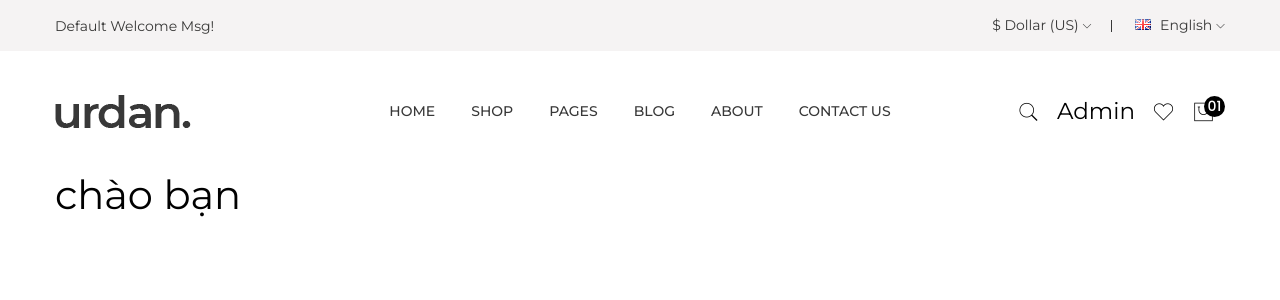
Repository: kasaiKikuya/urdan-shop
Page: /admin
The author's editor kept a copy of each file at every save. The page is drawn from the files as they stood at one save, then again after the next save.
The browser window is 1280 px wide. The pictures show the whole page.
The project was rebuilt for these pictures with package versions that can differ from the ones it lists, and the page was loaded fresh each time. Also part of the build but not shown: src/assets/css/plugins/aos.css, src/assets/css/plugins/magnific-popup.css, src/assets/css/plugins/select2.min.css, src/assets/css/plugins/easyzoom.css, src/assets/css/plugins/slinky.css.

Above is the page before, as saved 2022-01-21 21:02:54.

### src/main.js
import Vue from "vue";
import App from "./App.vue";
import router from "./router";
import store from "./store";
import { BootstrapVue } from "bootstrap-vue";
import VueAwesomeSwiper from "vue-awesome-swiper";

// bootstrap
import "bootstrap/dist/css/bootstrap.css";
import "bootstrap-vue/dist/bootstrap-vue.css";

// swipper
// import "swiper/css/swiper.css";

// css page
// import "@/assets/css/vendor/bootstrap.min.css";
import "@/assets/css/vendor/pe-icon-7-stroke.css";
import "@/assets/css/vendor/themify-icons.css";
import "@/assets/css/vendor/font-awesome.min.css";
import "@/assets/css/plugins/animate.css";
import "@/assets/css/plugins/aos.css";
import "@/assets/css/plugins/magnific-popup.css";
import "@/assets/css/plugins/swiper.min.css";
// import "@/assets/css/plugins/jquery-ui.css";
import "@/assets/css/plugins/nice-select.css";
import "@/assets/css/plugins/select2.min.css";
import "@/assets/css/plugins/easyzoom.css";
import "@/assets/css/plugins/slinky.css";
import "@/assets/css/style.css";

Vue.config.productionTip = false;
Vue.use(BootstrapVue);
Vue.use(VueAwesomeSwiper);

new Vue({
  router,
  store,
  render: (h) => h(App),
}).$mount("#app");

### src/router/index.js
import Vue from "vue";
import VueRouter from "vue-router";

const DEFAULT_TITLE = "Some Default Title";

Vue.use(VueRouter);

const routes = [
  {
    path: "/",
    name: "home_page",
    component: () => import("@/pages/Home.vue"),
    meta: { title: "Home" },
  },{
    path: "/admin",
    name: "admin_page",
    component: () => import("@/pages/Admin.vue"),
    meta: { title: "Admin" },
  },
];

const router = new VueRouter({
  mode: "history",
  base: process.env.BASE_URL,
  routes,
});

router.afterEach((to) => {
  // from
  document.title = to.meta.title || DEFAULT_TITLE;
});

export default router;

### src/components/common/Header.vue
<template>
  <header class="header-area header-responsive-padding header-height-1">
    <div class="header-top d-none d-lg-block bg-gray">
      <div class="container">
        <div class="row align-items-center">
          <div class="col-lg-6 col-6">
            <div class="welcome-text">
              <p>Default Welcome Msg!</p>
            </div>
          </div>
          <div class="col-lg-6 col-6">
            <div class="language-currency-wrap">
              <div class="currency-wrap border-style">
                <a class="currency-active" href="#"
                  >$ Dollar (US) <i class="ti-angle-down"></i
                ></a>
                <div class="currency-dropdown">
                  <ul>
                    <li><a href="#">Taka (BDT) </a></li>
                    <li><a href="#">Riyal (SAR) </a></li>
                    <li><a href="#">Rupee (INR) </a></li>
                  </ul>
                </div>
              </div>
              <div class="language-wrap">
                <a class="language-active" href="#"
                  ><img src="@/assets/images/icon-img/flag.png" alt="" /> English
                  <i class="ti-angle-down"></i
                ></a>
                <div class="language-dropdown">
                  <ul>
                    <li>
                      <a href="#"
                        ><img
                          src="@/assets/images/icon-img/flag.png"
                          alt=""
                        />English
                      </a>
                    </li>
                    <li>
                      <a href="#"
                        ><img
                          src="@/assets/images/icon-img/spanish.png"
                          alt=""
                        />Spanish</a
                      >
                    </li>
                    <li>
                      <a href="#"
                        ><img
                          src="@/assets/images/icon-img/arabic.png"
                          alt=""
                        />Arabic
                      </a>
                    </li>
                  </ul>
                </div>
              </div>
            </div>
          </div>
        </div>
      </div>
    </div>
    <div class="header-bottom sticky-bar">
      <div class="container">
        <div class="row align-items-center">
          <div class="col-lg-3 col-md-6 col-6">
            <div class="logo">
              <a href="index.html"
                ><img src="@/assets/images/logo/logo.png" alt="logo"
              /></a>
            </div>
          </div>
          <div class="col-lg-6 d-none d-lg-block">
            <div class="main-menu text-center">
              <nav>
                <ul>
                  <li>
                    <a href="index.html">HOME</a>
                    <ul class="sub-menu-style">
                      <li><a href="index.html">Home version 1 </a></li>
                      <li><a href="index-2.html">Home version 2</a></li>
                      <li><a href="index-3.html">Home version 3</a></li>
                      <li><a href="index-4.html">Home version 4</a></li>
                      <li><a href="index-5.html">Home version 5</a></li>
                      <li><a href="index-6.html">Home version 6</a></li>
                      <li><a href="index-7.html">Home version 7</a></li>
                      <li><a href="index-8.html">Home version 8</a></li>
                    </ul>
                  </li>
                  <li>
                    <a href="shop.html">SHOP</a>
                    <ul class="mega-menu-style mega-menu-mrg-1">
                      <li>
                        <ul>
                          <li>
                            <a class="dropdown-title" href="#">Shop Layout</a>
                            <ul>
                              <li><a href="shop.html">standard style</a></li>
                              <li>
                                <a href="shop-sidebar.html"
                                  >shop grid sidebar</a
                                >
                              </li>
                              <li>
                                <a href="shop-list.html">shop list style</a>
                              </li>
                              <li>
                                <a href="shop-list-sidebar.html"
                                  >shop list sidebar</a
                                >
                              </li>
                              <li>
                                <a href="shop-right-sidebar.html"
                                  >shop right sidebar</a
                                >
                              </li>
                              <li>
                                <a href="shop-location.html">store location</a>
                              </li>
                            </ul>
                          </li>
                          <li>
                            <a class="dropdown-title" href="#"
                              >Products Layout</a
                            >
                            <ul>
                              <li>
                                <a href="product-details.html">tab style 1</a>
                              </li>
                              <li>
                                <a href="product-details-2.html">tab style 2</a>
                              </li>
                              <li>
                                <a href="product-details-gallery.html"
                                  >gallery style
                                </a>
                              </li>
                              <li>
                                <a href="product-details-affiliate.html"
                                  >affiliate style</a
                                >
                              </li>
                              <li>
                                <a href="product-details-group.html"
                                  >group style</a
                                >
                              </li>
                              <li>
                                <a href="product-details-fixed-img.html"
                                  >fixed image style
                                </a>
                              </li>
                            </ul>
                          </li>
                          <li>
                            <a href="shop.html"
                              ><img src="@/assets/images/banner/menu.png" alt=""
                            /></a>
                          </li>
                        </ul>
                      </li>
                    </ul>
                  </li>
                  <li>
                    <a href="#">PAGES</a>
                    <ul class="sub-menu-style">
                      <li><a href="about-us.html">about us </a></li>
                      <li><a href="cart.html">cart page</a></li>
                      <li><a href="checkout.html">checkout </a></li>
                      <li><a href="my-account.html">my account</a></li>
                      <li><a href="wishlist.html">wishlist </a></li>
                      <li><a href="compare.html">compare </a></li>
                      <li><a href="contact-us.html">contact us </a></li>
                      <li>
                        <a href="login-register.html">login / register </a>
                      </li>
                    </ul>
                  </li>
                  <li>
                    <a href="blog.html">BLOG</a>
                    <ul class="sub-menu-style">
                      <li><a href="blog.html">blog standard </a></li>
                      <li><a href="blog-sidebar.html">blog sidebar</a></li>
                      <li><a href="blog-details.html">blog details</a></li>
                    </ul>
                  </li>
                  <li><a href="about-us.html">ABOUT</a></li>
                  <li><a href="contact-us.html">CONTACT US</a></li>
                </ul>
              </nav>
            </div>
          </div>
          <div class="col-lg-3 col-md-6 col-6">
            <div class="header-action-wrap">
              <div class="header-action-style header-search-1">
                <a class="search-toggle" href="#">
                  <i class="pe-7s-search s-open"></i>
                  <i class="pe-7s-close s-close"></i>
                </a>
                <div class="search-wrap-1">
                  <form action="#">
                    <input placeholder="Search products…" type="text" />
                    <button class="button-search">
                      <i class="pe-7s-search"></i>
                    </button>
                  </form>
                </div>
              </div>
              <div class="header-action-style">
                <router-link to="/admin">Admin</router-link>
              </div>
              <div class="header-action-style">
                <a title="Wishlist" href="wishlist.html"
                  ><i class="pe-7s-like"></i
                ></a>
              </div>
              <div class="header-action-style header-action-cart">
                <a class="cart-active" href="#"
                  ><i class="pe-7s-shopbag"></i>
                  <span class="product-count bg-black">01</span>
                </a>
              </div>
              <div class="header-action-style d-block d-lg-none">
                <a class="mobile-menu-active-button" href="#"
                  ><i class="pe-7s-menu"></i
                ></a>
              </div>
            </div>
          </div>
        </div>
      </div>
    </div>
  </header>
</template>

<script>
export default {
  name: "Header",
};
</script>

<style scoped>
</style>

### src/pages/Admin.vue
<template>
 <div id="main_app" class="container">
    <h1>chào bạn</h1>

  </div>
</template>

<script>
// import Header from '../components/common/Header.vue'


export default {
  name: "Admin",
  data() {
    return {};
  },
};
</script>

<style>
</style>

Loaded but not shown: public/index.html (common file); src/App.vue (common file); src/store/index.js (common file); src/assets/css/vendor/pe-icon-7-stroke.css (library); src/assets/css/vendor/themify-icons.css (library); src/assets/css/vendor/font-awesome.min.css (library); src/assets/css/plugins/animate.css (library); src/assets/css/plugins/swiper.min.css (library); src/assets/css/plugins/nice-select.css (library); src/assets/css/style.css (library)

After the next save:
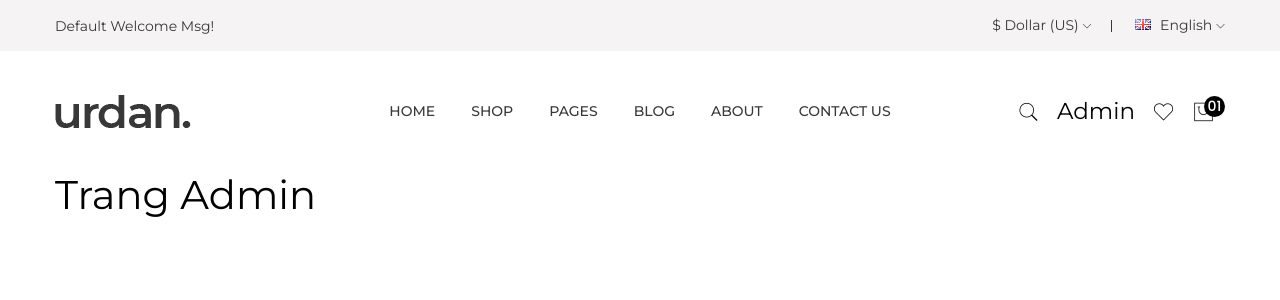
Saved 18 s later.
--- a/src/pages/Admin.vue
+++ b/src/pages/Admin.vue
@@ -1,6 +1,6 @@
 <template>
  <div id="main_app" class="container">
-    <h1>chào bạn</h1>
+    <h1>Trang Admin</h1>
 
   </div>
 </template>
